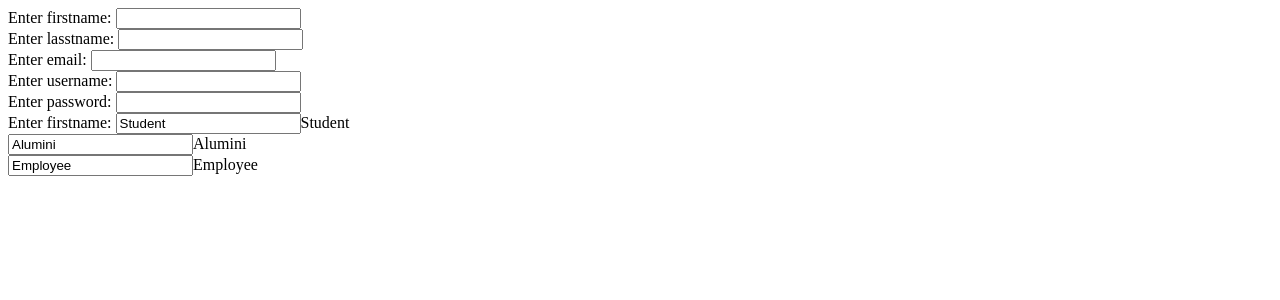
Repository: SwapnilYeldi/Project-2
Page: frontend/WebContent/views/registrationform.html
These files come from the project's save history. The page is drawn as it stood at one moment and after the next save; the edit follows.
The browser window is 1280 px wide. The pictures show the whole page.

Above is the page before, as saved 2017-06-21 15:11:17.

### frontend/WebContent/views/registrationform.html
<form>
Enter firstname: <input type="text" ng-model="user.firstname"><br>
Enter lasstname: <input type="text" ng-model="user.lastname"><br>
Enter email: <input type="text" ng-model="user.email"><br>
Enter username: <input type="text" ng-model="user.username"><br>
Enter password: <input type="password" ng-model="user.password"><br>
Enter firstname: <input type="text" ng-model="user.role" value="Student">Student<br>
<input type="text" ng-model="user.role" value="Alumini">Alumini<br>
<input type="text" ng-model="user.role" value="Employee">Employee<br>
</form>

After the next save:
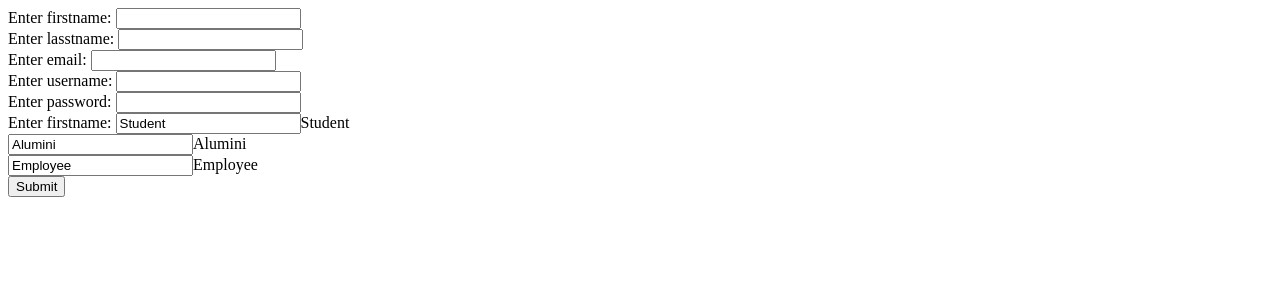
Saved 51 s later.
--- a/frontend/WebContent/views/registrationform.html
+++ b/frontend/WebContent/views/registrationform.html
@@ -7,4 +7,6 @@ Enter password: <input type="password" ng-model="user.password"><br>
 Enter firstname: <input type="text" ng-model="user.role" value="Student">Student<br>
 <input type="text" ng-model="user.role" value="Alumini">Alumini<br>
 <input type="text" ng-model="user.role" value="Employee">Employee<br>
+<input type="submit" ng-click="register()"><br>
+
 </form>
